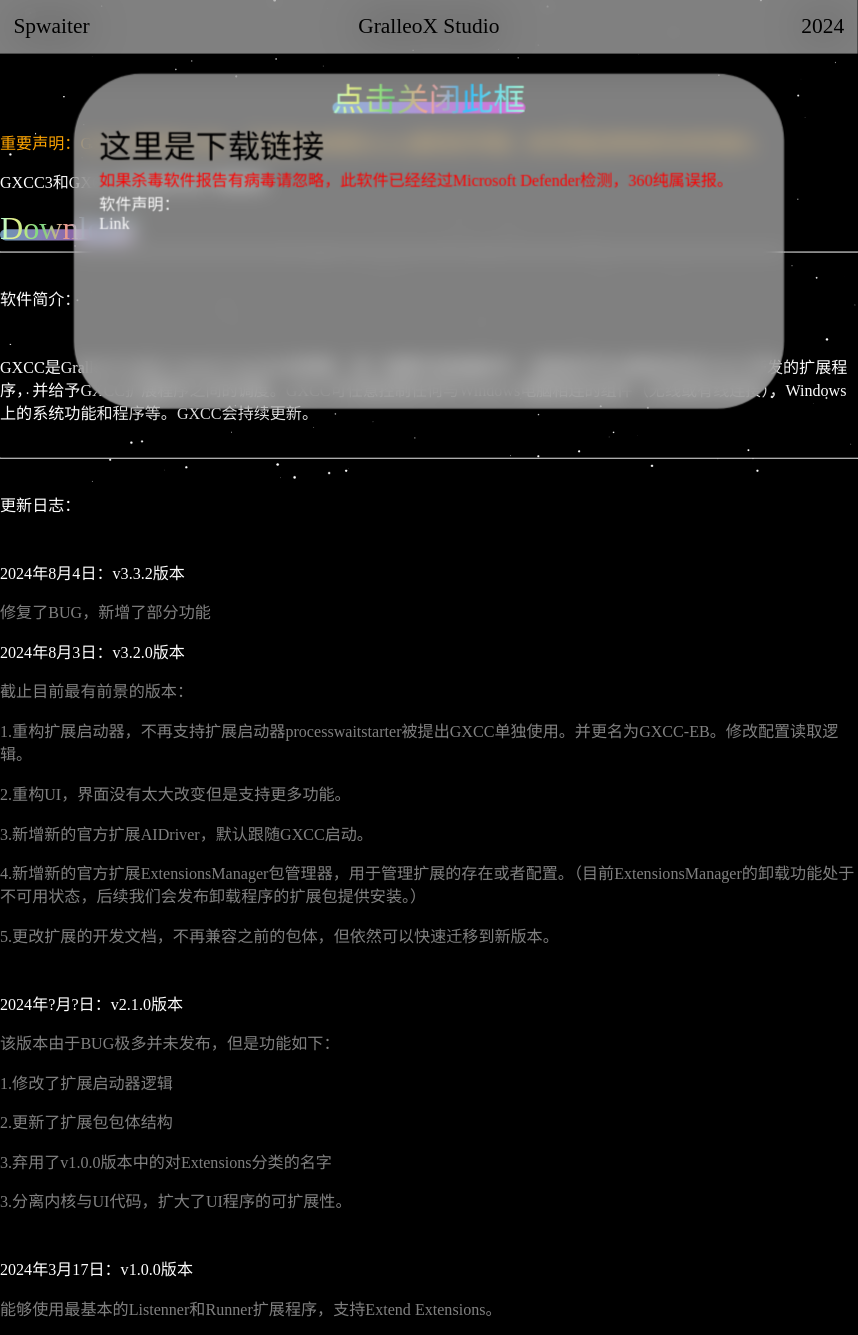
Repository: Lisu-Liso/page
Page: GXCC/index.html
These files come from the project's save history. The page is drawn as it stood at one moment and after the next save; the edit follows.
The browser window is 1280 px wide. The pictures show the whole page, at 67% of full size.

Above is the page before, as saved 2024-08-13 21:26:07.

### GXCC/index.html
<!DOCTYPE html>
<html lang="zh">
    <head>
        <meta http-equiv="Content-Type" content="text/html;charset=utf-8">
        <title>GXCC - GralleoX Studio</title>
        <link rel="stylesheet" type="text/css" href="./header.css">
        <link rel="stylesheet" type="text/css" href="./orientation.css">
        <link rel="shortcut icon" href="./GralleoX logo v2 web.ico">
        <style>
            body{
                overflow        : scroll;
                background-color: black;
                top             : 0;
                bottom          : 0;
                left            : 0;
                right           : 0;
                margin-top      : 100px;
                margin-bottom   : 0;
                margin-left     : 0;
                margin-right    : 0;
                user-select     : none;
            }
            ::-webkit-scrollbar{display: none;}
            .getin_screen{
                position        : fixed;
                top             : 0;
                bottom          : 0;
                left            : 0;
                right           : 0;
                background-color: rgba(0,0,0,0);
                color           : rgba(0,0,0,0);
                animation       : getinanimation 4s ease-in-out;
                text-align      : center;
                display         : table-cell;
            }
            @keyframes getinanimation{
                0% {
                    background-color       : rgba(255,255,255,1);
                    color                  : black;
                    backdrop-filter        : blur(15px);
                    -webkit-backdrop-filter: blur(15px);
                }
                40% {
                    background-color       : rgba(255,255,255,0.5);
                    color                  : black;
                    backdrop-filter        : blur(15px);
                    -webkit-backdrop-filter: blur(15px);
                }
                70% {
                    background-color       : rgba(255,255,255,0.5);
                    color                  : black;
                    backdrop-filter        : blur(15px);
                    -webkit-backdrop-filter: blur(15px);
                }
                100% {
                    background-color       : rgba(0,0,0,0);
                    color                  : rgba(0,0,0,0);
                    backdrop-filter        : blur(0px);
                    -webkit-backdrop-filter: blur(0px);
                }
            }
            .download_block{
                position               : fixed;
                top                    : 100px;
                left                   : 100px;
                right                  : 100px;
                bottom                 : 100px;
                margin-top             : 10px;
                margin-left            : 10px;
                margin-right           : 10px;
                margin-bottom          : 10px;
                background-color       : rgba(255,255,255,0.5);
                backdrop-filter        : blur(15px);
                -webkit-backdrop-filter: blur(15px);
                border-radius          : 100px;
                box-shadow             : 0 20px 50px rgba(0,0,0,0.2);
            }
            @keyframes blockout{
                0% {
                    background-color       : rgba(255,255,255,0);
                    backdrop-filter        : blur(0px);
                    -webkit-backdrop-filter: blur(0px);
                    box-shadow             : 0 20px 50px rgba(0,0,0,0);
                    opacity                : 0;
                }
                100% {
                    background-color       : rgba(255,255,255,0.5);
                    backdrop-filter        : blur(15px);
                    -webkit-backdrop-filter: blur(15px);
                    box-shadow             : 0 20px 50px rgba(0,0,0,0.2);
                    opacity                : 1;
                }
            }
            @keyframes blockquite{
                0% {
                    background-color       : rgba(255,255,255,0.5);
                    backdrop-filter        : blur(15px);
                    -webkit-backdrop-filter: blur(15px);
                    box-shadow             : 0 20px 50px rgba(0,0,0,0.2);
                    opacity                : 1;
                }
                100% {
                    background-color       : rgba(255,255,255,0);
                    backdrop-filter        : blur(0px);
                    -webkit-backdrop-filter: blur(0px);
                    box-shadow             : 0 20px 50px rgba(0,0,0,0);
                    opacity                : 0;
                }
            }
            .header-float{
                position: fixed;
                top     : 0;
                left    : 0;
                right   : 0;
                width   : 100%;
            }
            .black_board{
                position               : fixed;
                top                    : 80px;
                left                   : 0;
                right                  : 0;
                bottom                 : 0;
                margin-top             : 0;
                margin-left            : 0;
                margin-right           : 0;
                margin-bottom          : 0;
                backdrop-filter        : blur(15px);
                -webkit-backdrop-filter: blur(15px);
                background-color       : rgba(0,0,0,0.3);
            }
            @keyframes boardout{
                0% {
                    backdrop-filter        : blur(0px);
                    -webkit-backdrop-filter: blur(0px);
                    background-color       : rgba(0,0,0,0);
                }
                100% {
                    backdrop-filter        : blur(15px);
                    -webkit-backdrop-filter: blur(15px);
                    background-color       : rgba(0,0,0,0.3);
                }
            }
            @keyframes boardquite{
                0% {
                    backdrop-filter        : blur(15px);
                    -webkit-backdrop-filter: blur(15px);
                    background-color       : rgba(0,0,0,0.3);
                }
                100% {
                    backdrop-filter        : blur(0px);
                    -webkit-backdrop-filter: blur(0px);
                    background-color       : rgba(0,0,0,0);
                }
            }
            .newbutton{
                background   : linear-gradient(75deg,rgba(145, 202, 240, 0.75),rgba(248, 102, 248, 0.75));
                border-radius: 20px;
                text-align   : center;
                cursor       : pointer;
            }
            :root {
                --rainbow-gradient: linear-gradient(-90deg,#adfbda 0,#35c3ff 30%,#fda399 50%,#76d880 70%,#ebf38b 90%,#adfbda 100%);
            }
            .article-header--title {
                background-image       : var(--rainbow-gradient,#fff);
                background-size        : 100%;
                background-repeat      : repeat;
                background-clip        : text;
                -webkit-background-clip: text;
                -webkit-text-fill-color: transparent;
                -moz-background-clip   : text;
                -moz-text-fill-color   : transparent;
                filter                 : drop-shadow(0 0 2rpx #000);
                text-shadow            : none!important;
                cursor                 : pointer;
            }
            a{
                text-decoration: none;
            }
            font{
                cursor : default;
            }
            .backgroundimage{
                position: fixed;
                top     : 0;
                left    : 0;
                right   : 0;
                width   : 100%;
                height  : 100%;
                z-index: -1;
            }
            .normaltext{
                font-size: 18pt;
                color:white;
            }
        </style>
    </head>
    <body>
        <canvas id="bgCanvas" class="backgroundimage"></canvas>
        <script>
            // 获取画布
            var canvas = document.getElementById('bgCanvas');
            var ctx = canvas.getContext('2d');

            // 设置画布尺寸与窗口大小一致
            canvas.width = window.innerWidth;
            canvas.height = window.innerHeight;

            // 创建一个数组用于存储星星的信息
            var stars = [];

            // 创建星星对象
            function Star(x, y, radius, color, speed) {
                this.x = x;
                this.y = y;
                this.radius = radius;
                this.color = color;
                this.speed = speed;
            }

            // 初始化星星
            function init() {
                for (var i = 0; i < 200; i++) {
                    var x = Math.random() * canvas.width;
                    var y = Math.random() * canvas.height;
                    var radius = Math.random() * 2;
                    var color = 'white';
                    var speed = Math.random() * 0.5;

                    stars.push(new Star(x, y, radius, color, speed));
                }
            }

            // 绘制星星
            function drawStars() {
                ctx.clearRect(0, 0, canvas.width, canvas.height);

                for (var i = 0; i < stars.length; i++) {
                    var star = stars[i];

                    ctx.beginPath();
                    ctx.arc(star.x, star.y, star.radius, 0, Math.PI * 2);
                    ctx.fillStyle = star.color;
                    ctx.fill();
                }
            }

            // 更新星星位置
            function updateStars() {
                for (var i = 0; i < stars.length; i++) {
                    var star = stars[i];

                    star.x += star.speed;

                    if (star.x > canvas.width) {
                        star.x = 0;
                    }
                }
            }

            // 动画循环
            function animate() {
                requestAnimationFrame(animate);

                drawStars();
                updateStars();
            }

            // 初始化并启动动画
            init();
            animate();
        </script>
        <div style="text-align:center;top:0;left:0;right:0;"><font size="7">这里是GXCC中文官网！</font></div>
        <p class="normaltext" style="color: orange;">重要声明：GXCC4将开放UI设计，并且我们会使用Electron重构软件界面，软件界面会得到前所未有的美化。</p>
        <p class="normaltext">GXCC3和GXCC3开发者文档下载链接</p>
        <a class="newbutton" onclick="join_us()"><font class="article-header--title" size="7">Download</font></a>
        <div class="black_board" id="bb"></div>
        <div class="download_block" id="download_block">
            <div style="text-align: center">
                <a class="newbutton" onclick="close_download_block()"><font class="article-header--title" size="7">点击关闭此框</font></a>
            </div>
            <div style="margin-left: 1cm;">
                <font size="7" color="black">这里是下载链接</font>
                <br>
                <font class="normaltext" style="color:red;">如果杀毒软件报告有病毒请忽略，此软件已经经过Microsoft Defender检测，360纯属误报。</font>
                <br>
                <font class="normaltext" style>软件声明：</font>
                <br>
                <a class="normaltext" href="https://github.com/Lisu-Liso/GXCC/releases">Link</a>
            </div>
        </div>
        <hr/>
        <br>
        <p class="normaltext">软件简介：</p>
        <br>
        <p class="normaltext">GXCC是GralleoX Studio Central Controller的简称，是一款集中控制器软件。这款软件可以使用任何为GXCC开发的扩展程序，并给予GXCC扩展程序之间的调度。GXCC可任意控制任何与Windows电脑相连的组件（无线或有线连接），Windows上的系统功能和程序等。GXCC会持续更新。</p>
        <br>
        <hr/>
        <br>
        <p class="normaltext">更新日志：</p>
        <br>
        <p class="normaltext">2024年8月4日：v3.3.2版本</p>
        <p class="normaltext" style="color: grey;">修复了BUG，新增了部分功能</p>
        <p class="normaltext">2024年8月3日：v3.2.0版本</p>
        <p class="normaltext" style="color: grey;">截止目前最有前景的版本：</p>
        <p class="normaltext" style="color: grey;">1.重构扩展启动器，不再支持扩展启动器processwaitstarter被提出GXCC单独使用。并更名为GXCC-EB。修改配置读取逻辑。</p>
        <p class="normaltext" style="color: grey;">2.重构UI，界面没有太大改变但是支持更多功能。</p>
        <p class="normaltext" style="color: grey;">3.新增新的官方扩展AIDriver，默认跟随GXCC启动。</p>
        <p class="normaltext" style="color: grey;">4.新增新的官方扩展ExtensionsManager包管理器，用于管理扩展的存在或者配置。（目前ExtensionsManager的卸载功能处于不可用状态，后续我们会发布卸载程序的扩展包提供安装。）</p>
        <p class="normaltext" style="color: grey;">5.更改扩展的开发文档，不再兼容之前的包体，但依然可以快速迁移到新版本。</p>
        <br>
        <p class="normaltext">2024年?月?日：v2.1.0版本</p>
        <p class="normaltext" style="color: grey;">该版本由于BUG极多并未发布，但是功能如下：</p>
        <p class="normaltext" style="color: grey;">1.修改了扩展启动器逻辑</p>
        <p class="normaltext" style="color: grey;">2.更新了扩展包包体结构</p>
        <p class="normaltext" style="color: grey;">3.弃用了v1.0.0版本中的对Extensions分类的名字</p>
        <p class="normaltext" style="color: grey;">3.分离内核与UI代码，扩大了UI程序的可扩展性。</p>
        <br>
        <p class="normaltext">2024年3月17日：v1.0.0版本</p>
        <p class="normaltext" style="color: grey;">能够使用最基本的Listenner和Runner扩展程序，支持Extend Extensions。</p>
        <div class="headerblock">
            <div class="centertext"><font size="6">GralleoX Studio</font></div>
            <div class="lefttext"><font size="6">Spwaiter</font></div>
            <div class="righttext"><font size="6">2024</font></div>
        </div>
        <div class="getin_screen" id="getin">
            <font size="7" id="getintext">网站正在加载，请稍后...</font>
        </div>
    </body>
    <script type="text/javascript">
        let t = document.getElementById("download_block");
        // t.style.display = "none";

        t = document.getElementById("bb");
        t.style.display = "none";
    </script>
    <script type="text/javascript">
        setTimeout(function(){
            let t = document.getElementById("getintext");
            t.innerHTML = "网站加载完毕，即将进入网站。";
            setTimeout(function(){
                let t = document.getElementById("getin");
                t.style.display = "none";
            },2000);
        },2000);
        function join_us(){
            let t = document.getElementById("download_block");
            t.style.display = "block";
            t.style.animation = "blockout 0.5s ease-in-out";

            t = document.getElementById("bb");
            t.style.display = "block";
            t.style.animation = "boardout 0.5s ease-in-out";
        }
        function close_download_block(){
            let t = document.getElementById("download_block");
            t.style.animation = "blockquite 0.5s ease-in-out";

            t = document.getElementById("bb");
            t.style.animation = "boardquite 0.5s ease-in-out";
            setTimeout(function(){
                let t = document.getElementById("download_block");
                t.style.display = "none";

                t = document.getElementById("bb");
                t.style.display = "none";
            },500);
        }
    </script>
</html>

### GXCC/header.css
.headerblock{
    position               : fixed;
    top                    : 0px;
    left                   : 0px;
    right                  : 0px;
    margin-top             : 0px;
    margin-left            : 0px;
    margin-right           : 0px;
    width                  : 100%;
    height                 : 80px;
    background-color       : rgba(255,255,255,0.5);
    backdrop-filter        : blur(10px);
    -webkit-backdrop-filter: blur(10px);
    box-shadow             : 0 20px 50px rgba(0,0,0,0.2);
    align-items            : center;
}
.centertext{
    position    : fixed;
    top         : 0;
    left        : 0;
    right       : 0;
    margin-top  : 20px;
    margin-left : 20px;
    margin-right: 20px;
    text-align  : center;
    filter      : drop-shadow(0 0 2rem #000);
    text-shadow : none!important;
    color       : black;
}
.lefttext{
    position    : fixed;
    top         : 0;
    left        : 0;
    right       : 0;
    margin-top  : 20px;
    margin-left : 20px;
    margin-right: 20px;
    text-align  : left;
    filter      : drop-shadow(0 0 2rem #000);
    text-shadow : none!important;
    color       : black;
}
.righttext{
    position    : fixed;
    top         : 0;
    left        : 0;
    right       : 0;
    margin-top  : 20px;
    margin-left : 20px;
    margin-right: 20px;
    text-align  : right;
    filter      : drop-shadow(0 0 2rem #000);
    text-shadow : none!important;
    color       : black;
}

### orientation.css
i{
    border: solid black;
    border-width: 0 3px 3px 0;
    display: inline-block;
    padding: 3px;
}
.right{
    transform: rotate(-45deg);
    -webkit-transform: rotate(-45deg);
}

.left{
    transform: rotate(135deg);
    -webkit-transform: rotate(135deg);
}

.up{
    transform: rotate(-135deg);
    -webkit-transform: rotate(-135deg);
}

.down{
    transform: rotate(45deg);
    -webkit-transform: rotate(45deg);
}

After the next save:
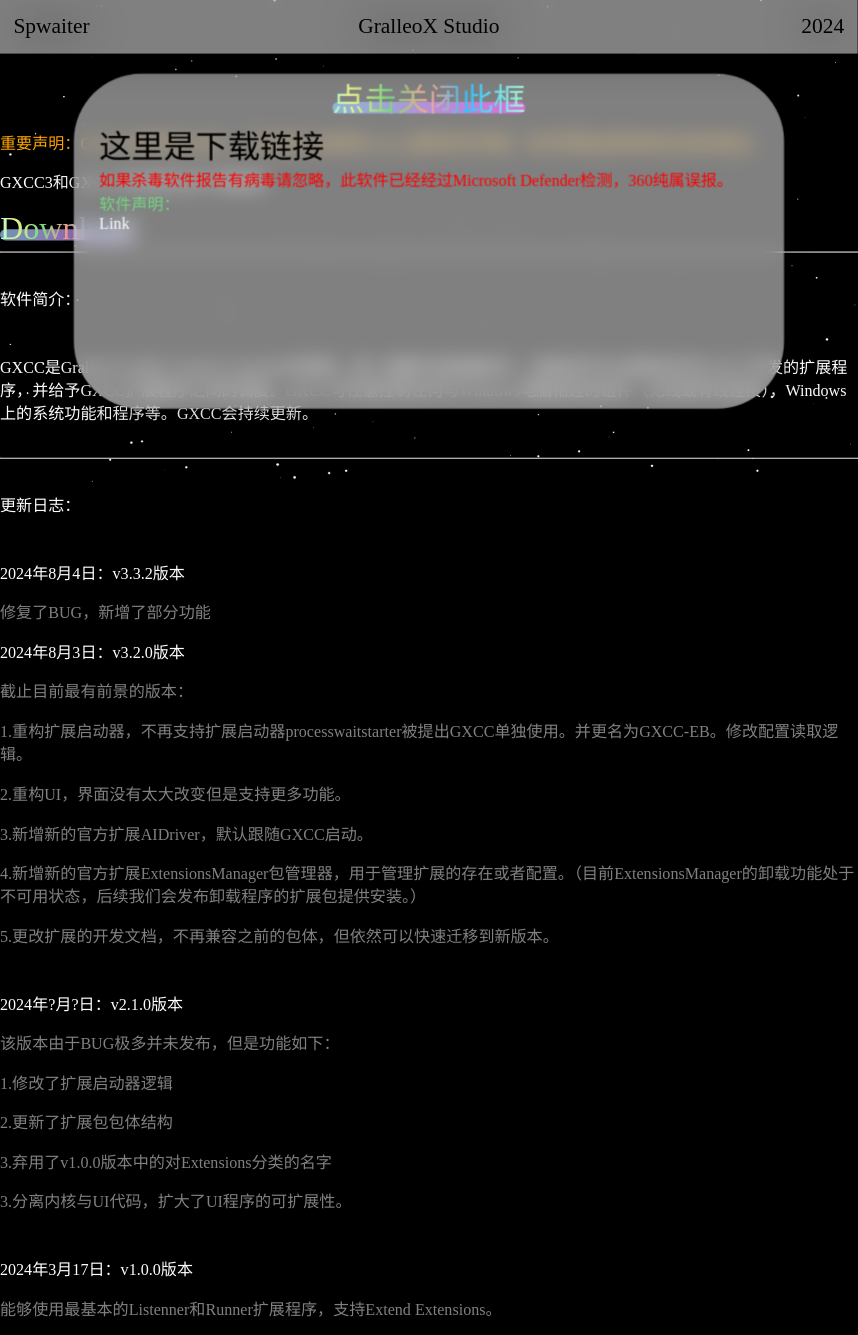
Saved 8 s later.
--- a/GXCC/index.html
+++ b/GXCC/index.html
@@ -284,7 +284,7 @@
                 <br>
                 <font class="normaltext" style="color:red;">如果杀毒软件报告有病毒请忽略，此软件已经经过Microsoft Defender检测，360纯属误报。</font>
                 <br>
-                <font class="normaltext" style>软件声明：</font>
+                <font class="normaltext" style="color: #76d880;">软件声明：</font>
                 <br>
                 <a class="normaltext" href="https://github.com/Lisu-Liso/GXCC/releases">Link</a>
             </div>
